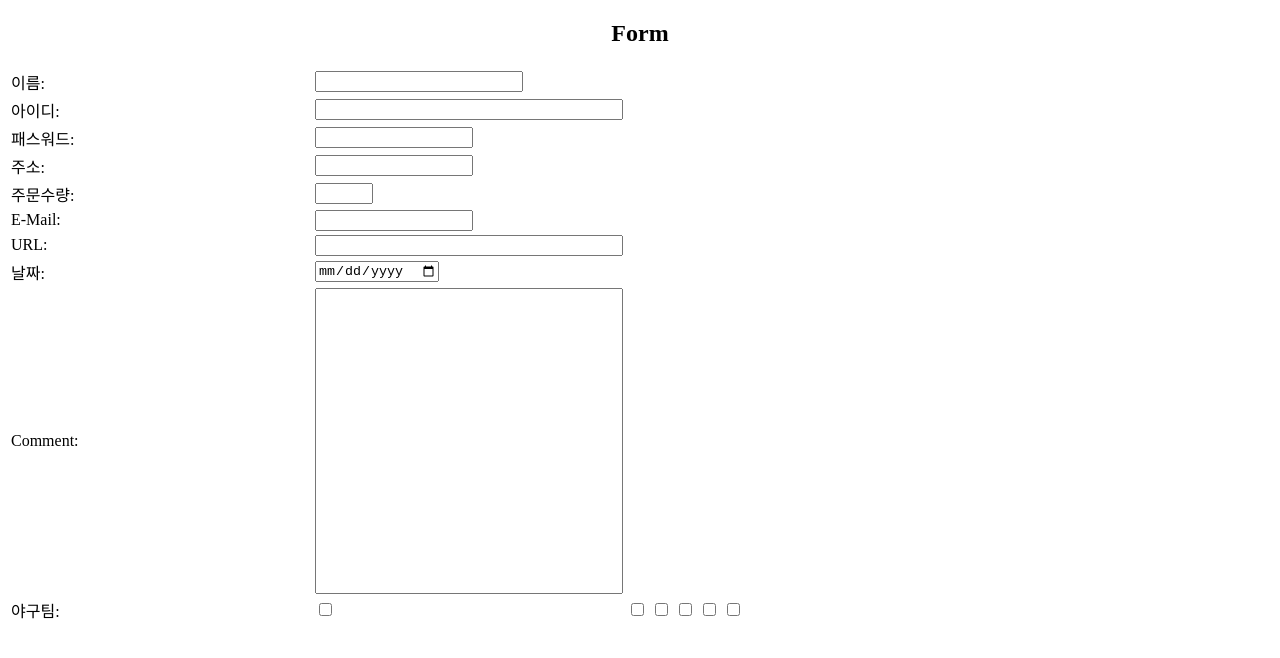
Repository: gyujin91/JSP
Page: web01/src/main/webapp/form.html
The author's editor kept a copy of each file at every save. The page is drawn from the files as they stood at one save, then again after the next save.
The browser window is 1280 px wide. The pictures show the whole page.

Above is the page before, as saved 2022-04-22 05:35:09.

After the next save:
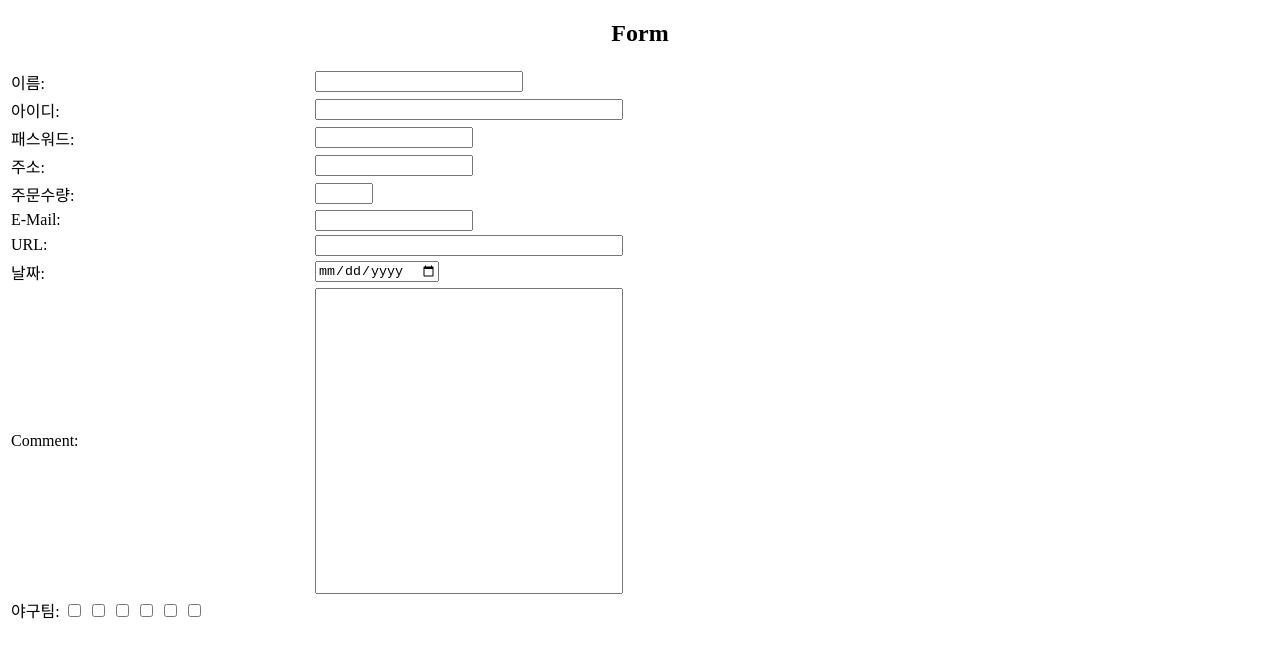
Saved 41 s later.
--- a/web01/src/main/webapp/form.html
+++ b/web01/src/main/webapp/form.html
@@ -60,12 +60,12 @@
             </tr>
             <tr>
             	<td class="td1">야구팀:
-            	<td><input type="checkbox" name="check" value="두산" class="input9"></td>
-            	<td><input type="checkbox" name="check" value="NC" class="input9"></td>
-            	<td><input type="checkbox" name="check" value="LG" class="input9"></td>
-            	<td><input type="checkbox" name="check" value="SK" class="input9"></td>
-            	<td><input type="checkbox" name="check" value="KIA" class="input9"></td>
-            	<td><input type="checkbox" name="check" value="Samsung" class="input9"></td>
+            	<input type="checkbox" name="check" value="두산" class="input9">
+            	<input type="checkbox" name="check" value="NC" class="input9">
+            	<input type="checkbox" name="check" value="LG" class="input9">
+            	<input type="checkbox" name="check" value="SK" class="input9">
+            	<input type="checkbox" name="check" value="KIA" class="input9">
+            	<input type="checkbox" name="check" value="Samsung" class="input9">
             </tr>
 
 
